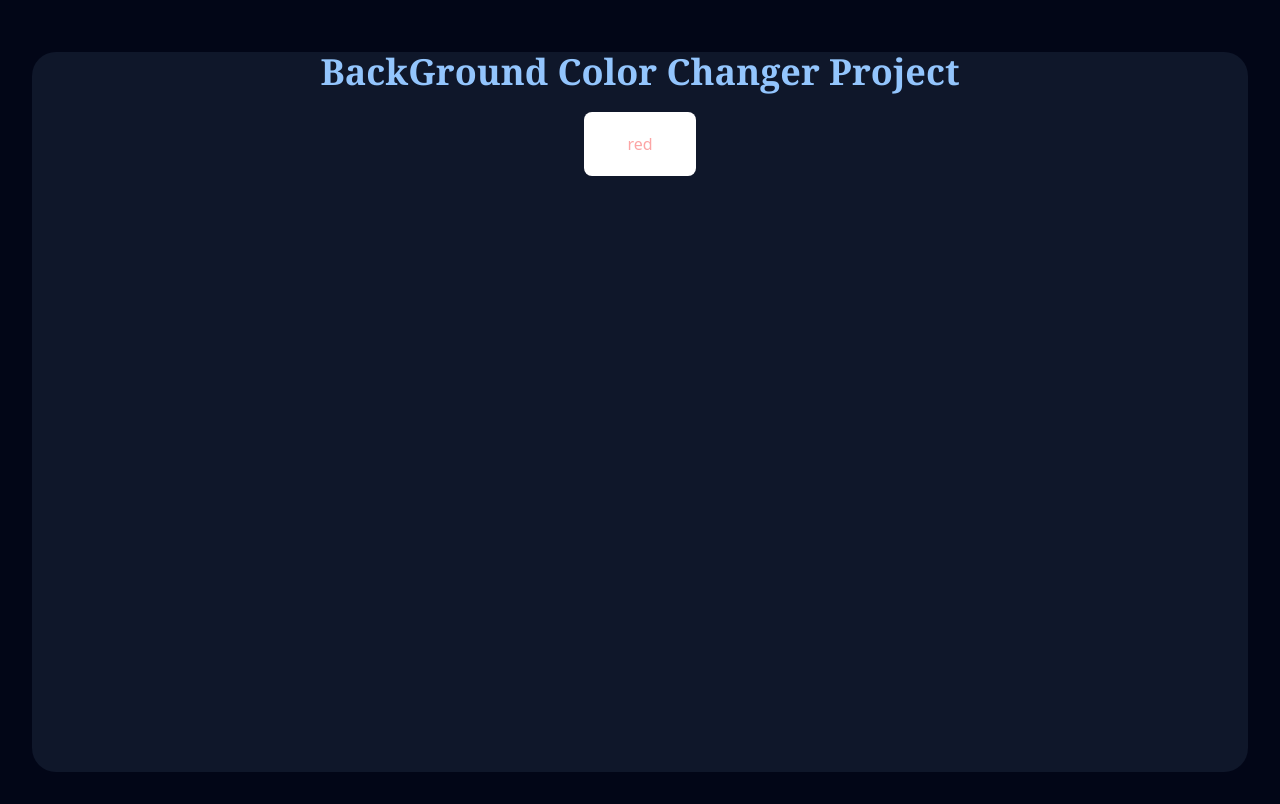
Repository: ChaitanyMishra/react-daily-work
Page: / (app in day-04-react/bg_color_changer/)
These files come from the project's save history. The page is drawn as it stood at one moment and after a run of saves; the edit follows.
The browser window is 1280 px wide. The pictures show the whole page.
The project was rebuilt for these pictures with package versions that can differ from the ones it lists, and the page was loaded fresh each time. Also part of the build but not shown: day-04-react/bg_color_changer/vite.config.js.

Above is the page before, as saved 2025-06-20 16:52:34.

### day-04-react/bg_color_changer/src/index.css
@tailwind base;
@tailwind components;
@tailwind utilities;
body{
  @apply bg-slate-950
}

### day-04-react/bg_color_changer/src/App.jsx
import {useState } from 'react'
import ChangeBgColor from './backGrounColorChanger/bgChange'
import  ColorChangeButton from './backGrounColorChanger/buttonComponent'
import './App.css'

function App() {
  const [colorState , changeColor] = useState("olvie")

  return (
    <div className='w-full h-screen bg-slate-900 rounded-3xl '>
    <h1 className=' mt-5 text-4xl font-serif font-bold text-blue-300 '>BackGround Color Changer Project</h1>
     <button className="bg-white text-red-300 m-5 p-5 rounded-lg w-[7rem]  ">red</button>
    <ColorChangeButton />
    </div>
  )
}

export default App

### day-04-react/bg_color_changer/src/backGrounColorChanger/bgChange.jsx
export default function ChangeBgColor(){



}

### day-04-react/bg_color_changer/src/backGrounColorChanger/buttonComponent.jsx
export default function ColorChangeButton(){
    <button className="bg-white text-red-300">red</button>
}

Loaded but not shown: day-04-react/bg_color_changer/index.html (common file); day-04-react/bg_color_changer/src/main.jsx (common file); day-04-react/bg_color_changer/src/App.css (common file); day-04-react/bg_color_changer/tailwind.config.js (common file)

After the next 2 saves:
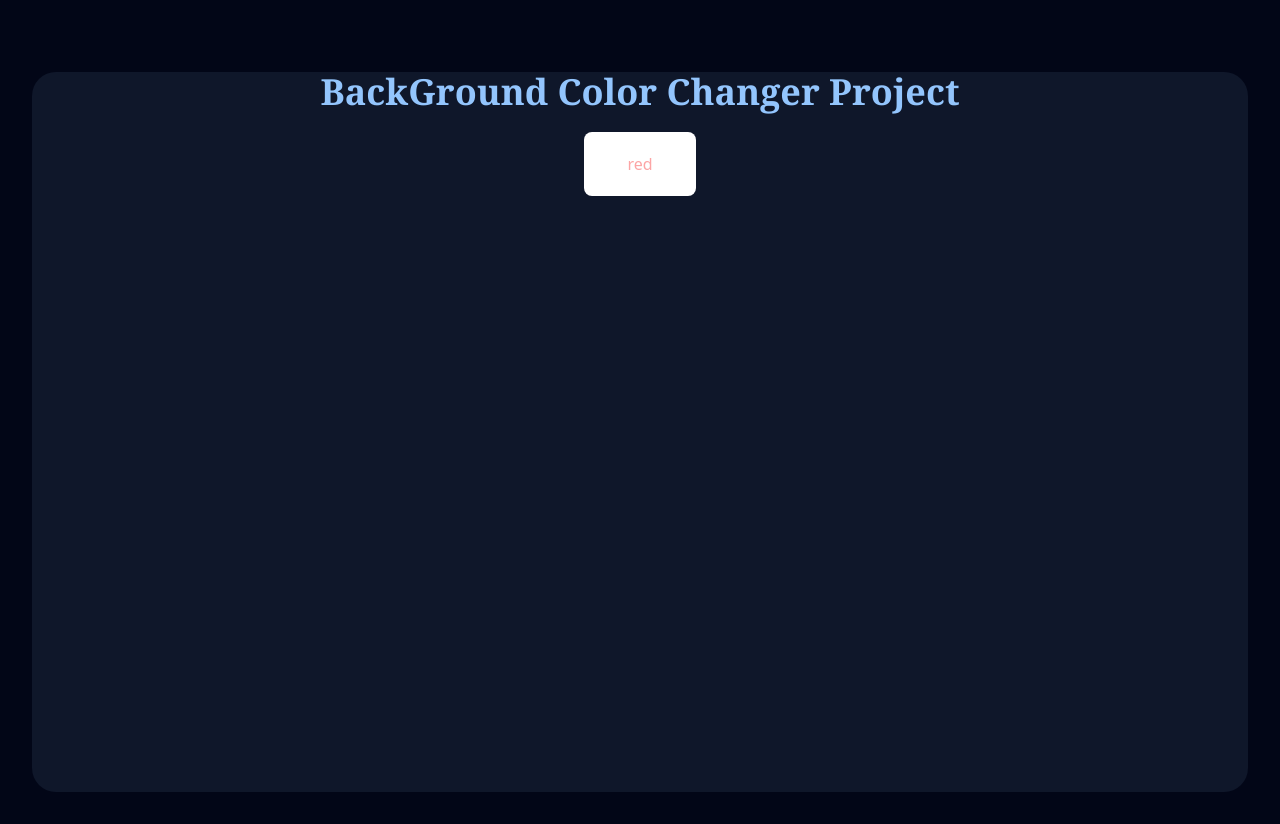
The 2 saves are shown as one change because they came seconds apart.
The last was saved 5 s later.
--- a/day-04-react/bg_color_changer/src/App.jsx
+++ b/day-04-react/bg_color_changer/src/App.jsx
@@ -8,7 +8,7 @@ function App() {
 
   return (
     <div className='w-full h-screen bg-slate-900 rounded-3xl '>
-    <h1 className=' mt-5 text-4xl font-serif font-bold text-blue-300 '>BackGround Color Changer Project</h1>
+    <h1 className=' mt-10 text-4xl font-serif font-bold text-blue-300 '>BackGround Color Changer Project</h1>
      <button className="bg-white text-red-300 m-5 p-5 rounded-lg w-[7rem]  ">red</button>
     <ColorChangeButton />
     </div>
